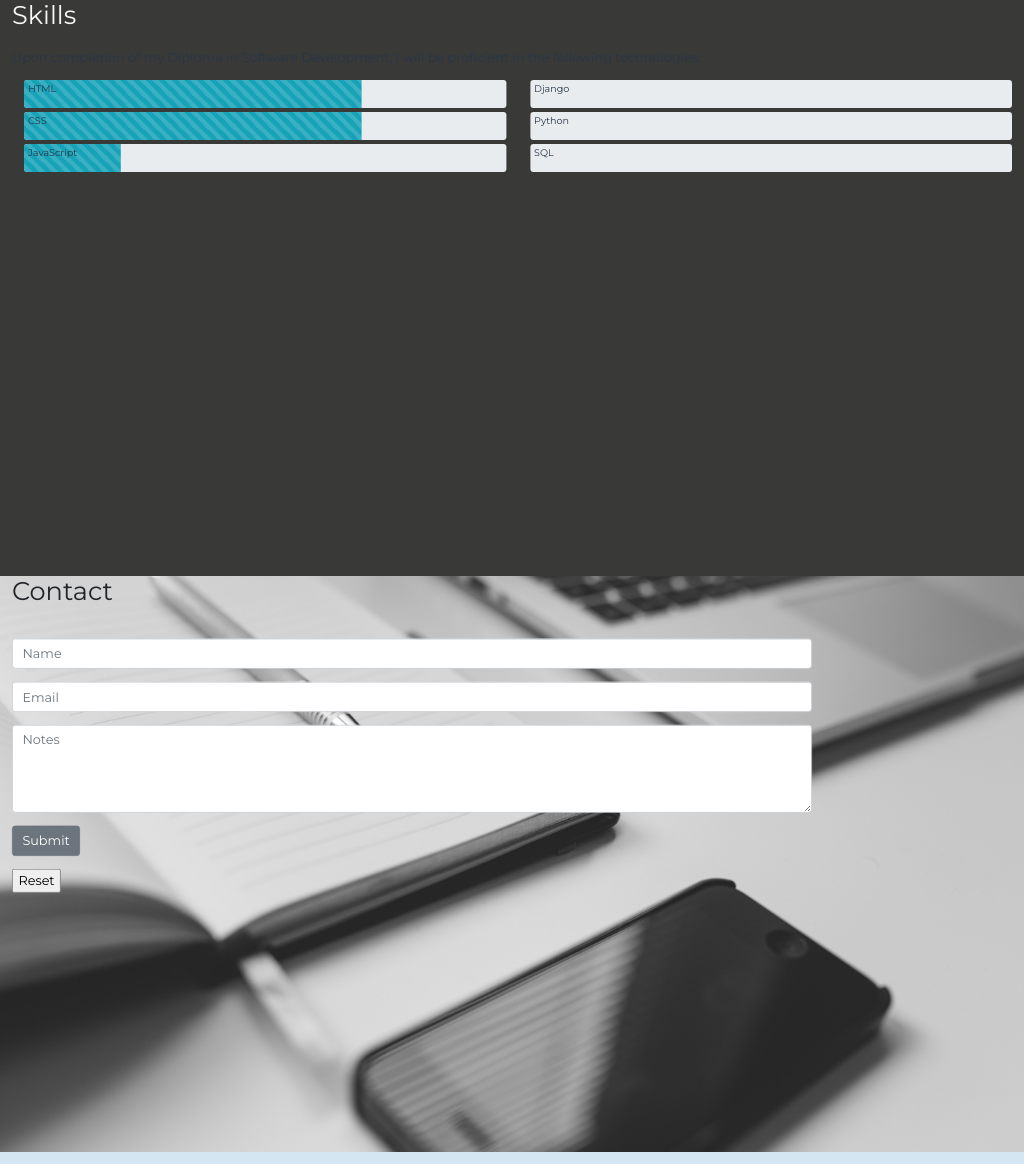
Repository: Liz94688/portfolio-site
Page: index.html
The author's editor kept a record of every edit. The page is drawn from the files as they stood at one moment, then again after the next edit.
The browser window is 1280 px wide. The pictures show the part of the page from y = 720 to 2175 px (the page is 2175 px tall), at 80% of full size.
Backgrounds fixed to the window are drawn as part of the page.

Above is the page before.

### index.html
<!DOCTYPE html>
<html lang="en">

<head>
    <meta charset="UTF-8">
    <meta name="viewport" content="width=device-width, initial-scale=1.0">
    <meta http-equiv="X-UA-Compatible" content="ie=edge">
    <link rel="stylesheet" href="https://stackpath.bootstrapcdn.com/bootstrap/4.3.1/css/bootstrap.min.css" type="text/css" />
    <link rel="stylesheet" href="https://stackpath.bootstrapcdn.com/font-awesome/4.7.0/css/font-awesome.min.css" type="text/css" />
    <link href="https://fonts.googleapis.com/css?family=Montserrat&display=swap" rel="stylesheet" />
    <link rel="stylesheet" href="assets/css/style.css" type="text/css" />
    <title>Liz Stephens Portfolio - Full Stack Web Developer</title>
</head>

<body>
    <!--*****Welcome*****-->
    <section>
        <div class="welcome" id="welcome-view">


                <div class="container-fluid">
        <ul class="nav justify-content-end">
            <li class="nav-item">
                <a class="nav-link active" href="#welcome-view">Welcome</a>
            </li>
            <li class="nav-item">
                <a class="nav-link" href="#about-me">About</a>
            </li>
            <li class="nav-item">
                <a class="nav-link" href="#skills-intro">Skills</a>
            </li>
            <li class="nav-item">
                <a class="nav-link" href="#contact-me">Contact</a>
            </li>
        </ul>
    </div>


            <div class="container-fluid">
                <h1 class="name">Liz Stephens</h1>
                <p class="title">Full-Stack Software Developer</p>
            </div>
        </div>
    </section>

    <!--*****About Me*****-->
    <section id="about-me">
        <div class="container-fluid about">
            <div class="row">
                <h2 class="about-title">
                    About
                </h2>
            </div>
            <div>
                <p class="about-p">
                    After spending the last 10 years working in the public sector in a variety of public-facing and managerial roles, I decided to focus my attention on a new challenge.
                </p>
            </div>
            <div>
                <p class="about-p">
                    I am currently in the process of completing a Diploma in Full Stack Software Development with Code Institute and plan to graduate from the course in May 2020. I am looking forward to taking the skills and knowledge accumulated throughout this course and
                    using them to positively contribute towards any future projects I collaborate in.
                </p>
            </div>
        </div>
    </section>

    <!--*****Skills*****-->
    <section id="skills-intro">
        <div class="container-fluid">
            <div class="row">
                <h2 class="skills-title">
                    Skills
                </h2>
            </div>
            <div class="row">
                <p class="skills-progression"> Upon completion of my Diploma in Software Development, I will be proficient in the following technologies:</p>
            </div>
            <div class="row progress-bars">
                <div class="col-sm-12 col-md-6">
                    <div class="progress">
                        <div class="progress-bar-animated progress-bar-striped bg-info" role="progressbar" style="width: 70%" aria-valuenow="70" aria-valuemin="0" aria-valuemax="100">
                            <span class="sr-only">70% complete</span>
                        </div>
                        <span class="progress-type">HTML</span>
                    </div>
                    <div class="progress">
                        <div class="progress-bar-animated progress-bar-striped bg-info" role="progressbar" style="width: 70%" aria-valuenow="70" aria-valuemin="0" aria-valuemax="100">
                            <span class="sr-only">70% complete</span>
                        </div>
                        <span class="progress-type">CSS</span>
                    </div>
                    <div class="progress">
                        <div class="progress-bar-animated progress-bar-striped bg-info" role="progressbar" style="width: 20%" aria-valuenow="20" aria-valuemin="0" aria-valuemax="100">
                            <span class="sr-only">20% complete</span>
                        </div>
                        <span class="progress-type">JavaScript</span>
                    </div>
                </div>
                <div class="col-sm-12 col-md-6">
                    <div class="progress">
                        <div class="progress-bar-animated progress-bar-striped bg-info" role="progressbar" style="width: 0%" aria-valuenow="0" aria-valuemin="0" aria-valuemax="100">
                            <span class="sr-only">0% complete</span>
                        </div>
                        <span class="progress-type">Django</span>
                    </div>
                    <div class="progress">
                        <div class="progress-bar-animated progress-bar-striped bg-info" role="progressbar" style="width: 0%" aria-valuenow="0" aria-valuemin="0" aria-valuemax="100">
                            <span class="sr-only">0% complete</span>
                        </div>
                        <span class="progress-type">Python</span>
                    </div>
                    <div class="progress">
                        <div class="progress-bar-animated progress-bar-striped bg-info" role="progressbar" style="width: 0%" aria-valuenow="0" aria-valuemin="0" aria-valuemax="100">
                            <span class="sr-only">0% complete</span>
                        </div>
                        <span class="progress-type">SQL</span>
                    </div>
                </div>
            </div>
        </div>
        </div>
        </div>
    </section>

    <!--*****Contact Me*****-->
    <section id="contact-me">
        <div class="container-fluid">
            <div class="contact-heading">
                <h2>
                    Contact
                </h2>
            </div>
            <div class="contact-form">
                <form>
                    <div class=" form-group ">
                        <input type="text" name="Name" class="form-control" placeholder="Name" required>
                    </div>
                    <div class="form-group">
                        <input type="email" name="Email" class="form-control" placeholder="Email" required>
                    </div>
                    <div class="form-group">
                        <textarea rows="4" name="Notes" class="form-control" placeholder="Notes"></textarea>
                    </div>

                    <div class="form-group">
                        <button type="submit" class="btn btn-secondary">Submit</button>
                    </div>
                    <div class="form-group">
                        <input type="reset" value="Reset">
                    </div>
                </form>
            </div>
        </div>
    </section>

    <!--*****Footer*****-->
    <footer>
        <div class="container-fluid">
            <div class="row foot">
                <div class="col-xs-12 col-sm-6 icons">
                    <a href="https://www.linkedin.com/in/liz-stephens-6b2493114?lipi=urn%3Ali%3Apage%3Ad_flagship3_profile_view_base_contact_details%3BeyOA4NtUSjCUwXSgiMAAgw%3D%3D" target="_blank"><i class="fab fa-linkedin-in alignment"></i></a>
                    <a href="../images/Liz_CV.pdf" download><i class="fas fa-file-download alignment"></i></a>
                </div>
            </div>
        </div>
    </footer>

</body>

</html>

### assets/css/style.css
body {
    margin: 0;
    padding: 0;
    font-family: Montserrat, sans-serif;
}

/*----------Welcome----------*/

.welcome {
    position: fixed;
}

.name {
    padding-top: 20%;
    font-size: 3.5rem;
}

.title {
    margin-top: 15px;
    font-size: 2.5rem;
}

#welcome-view {
    background-attachment: fixed;
    background-image: url('../images/welcome-view.jpg');
    background-position: bottom;
    background-size: cover;
    height: 100vh;
    width: 100vw;
    margin-bottom: 0px;
    margin-top: 0px;
}

/*----------About Me----------*/

#about-me {
    background-attachment: fixed;
    background-image: url('../images/about-me.jpg');
    background-position: bottom;
    filter: grayscale(100%);
    background-size: cover;
    height: 100vh;
    width: 100vw;
    margin-bottom: 0px;
    margin-top: 0px;
}

.container {
    margin: 0;
    padding-top: 15px;
    padding-left: 15px;
    color: #fff;
}

.about-title {

}

.about-p {}

/*----------Skills----------*/

#skills-intro {
    background-color: #393938;
    background-size: cover;
    height: 100vh;
    width: 100vw;
    margin-bottom: 0px;
    margin-top: 0px;
}

.container {
    margin: 0;
}

.skills-title {
    color: #F7F9F9;
}

.skills-progression{
    margin: 0;
}

.row {
    padding-left: 15px;
    padding-bottom: 15px;
    color: #283747
}

.progress {
    position: relative;
    height: 35px;
    margin-bottom: 5px;
}

.progress-type {
    position: absolute;
    color: #283747;
    left: 0px;
    padding: 2px 30px 2px 5px;
}

/*----------Contact----------*/

#contact-me {
    background-attachment: fixed;
    background-image: url('../images/contact-me.jpg');
    background-position: bottom;
    background-size: cover;
    height: 100vh;
    width: 100vw;
    margin-bottom: 0px;
    margin-top: 0px;
}

.container {
    padding-top: 15px;
}

.contact-heading {
    margin-bottom: 40px;
}

.contact-form {
    max-width: 80%;
}

/*----------Footer----------*/

footer {
    background-color: #D4E6F1;
}

After the next edit:
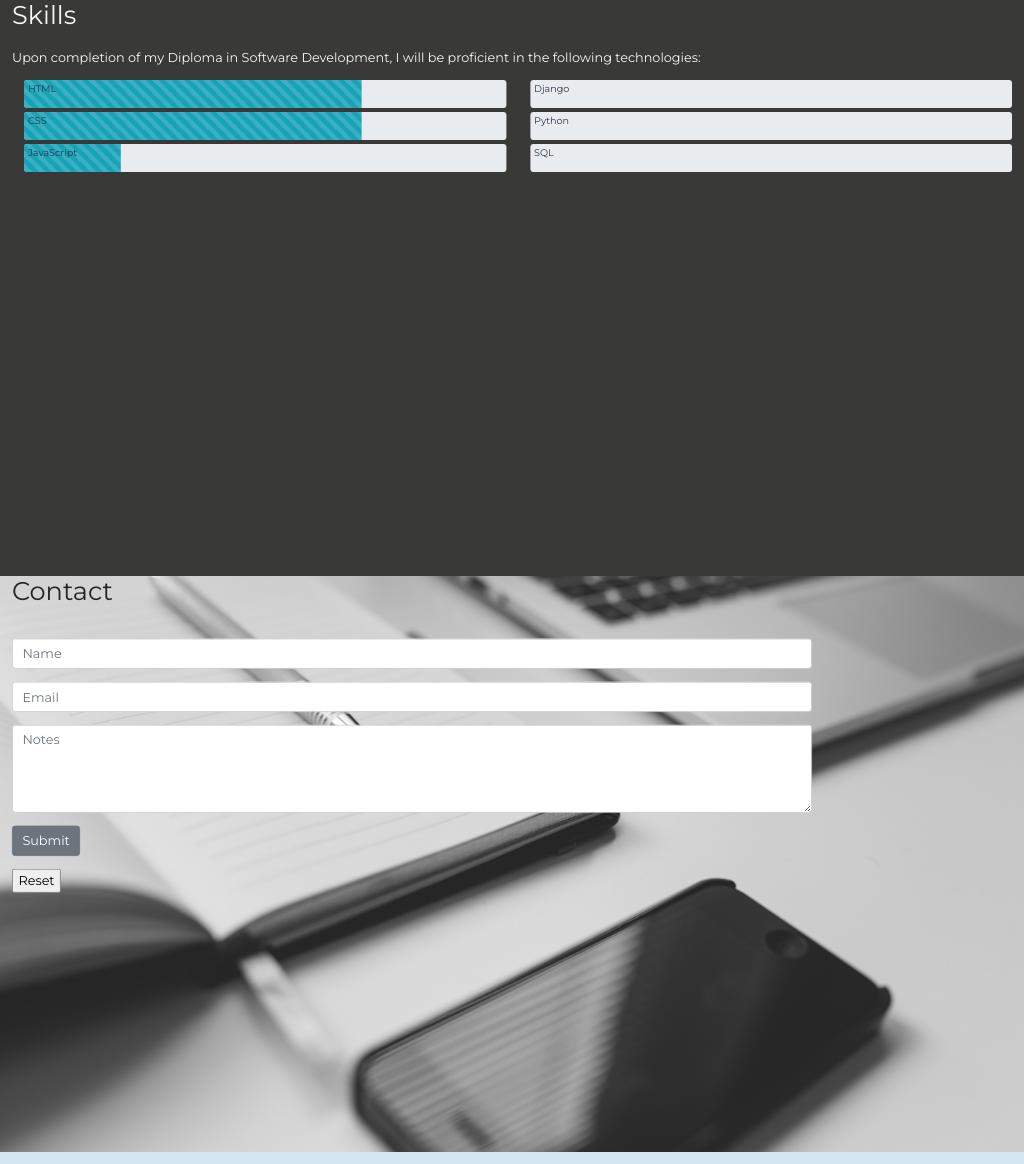
The edit:
--- a/assets/css/style.css
+++ b/assets/css/style.css
@@ -79,6 +79,7 @@
 
 .skills-progression{
     margin: 0;
+    color: #F7F9F9;
 }
 
 .row {
